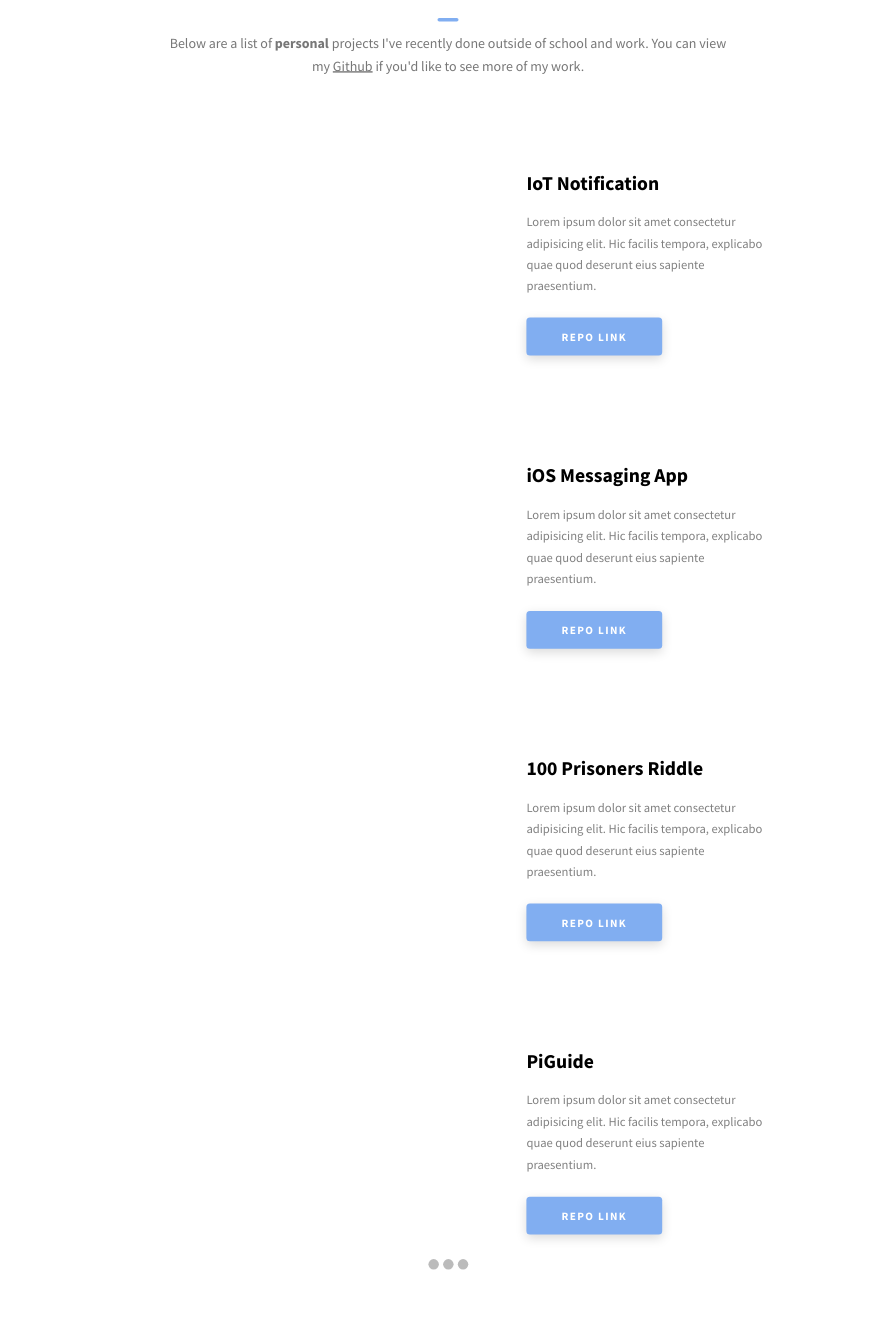
Repository: justinknguyen/Personal-Portfolio
Page: index.html
These files come from the project's save history. The page is drawn as it stood at one moment and after the next save; the edit follows.
The browser window is 1280 px wide. The pictures show the part of the page from y = 2174 to 4094 px (the page is 5687 px tall before and 5564 px after), at 70% of full size.
The style sheet was rebuilt from its Sass, Less or Tailwind sources for each picture, by a compiler version that may differ from the author's.

Above is the page before, as saved 2022-09-07 11:01:13.
Console error: TypeError: Cannot read properties of undefined (reading 'style')

After the next save:
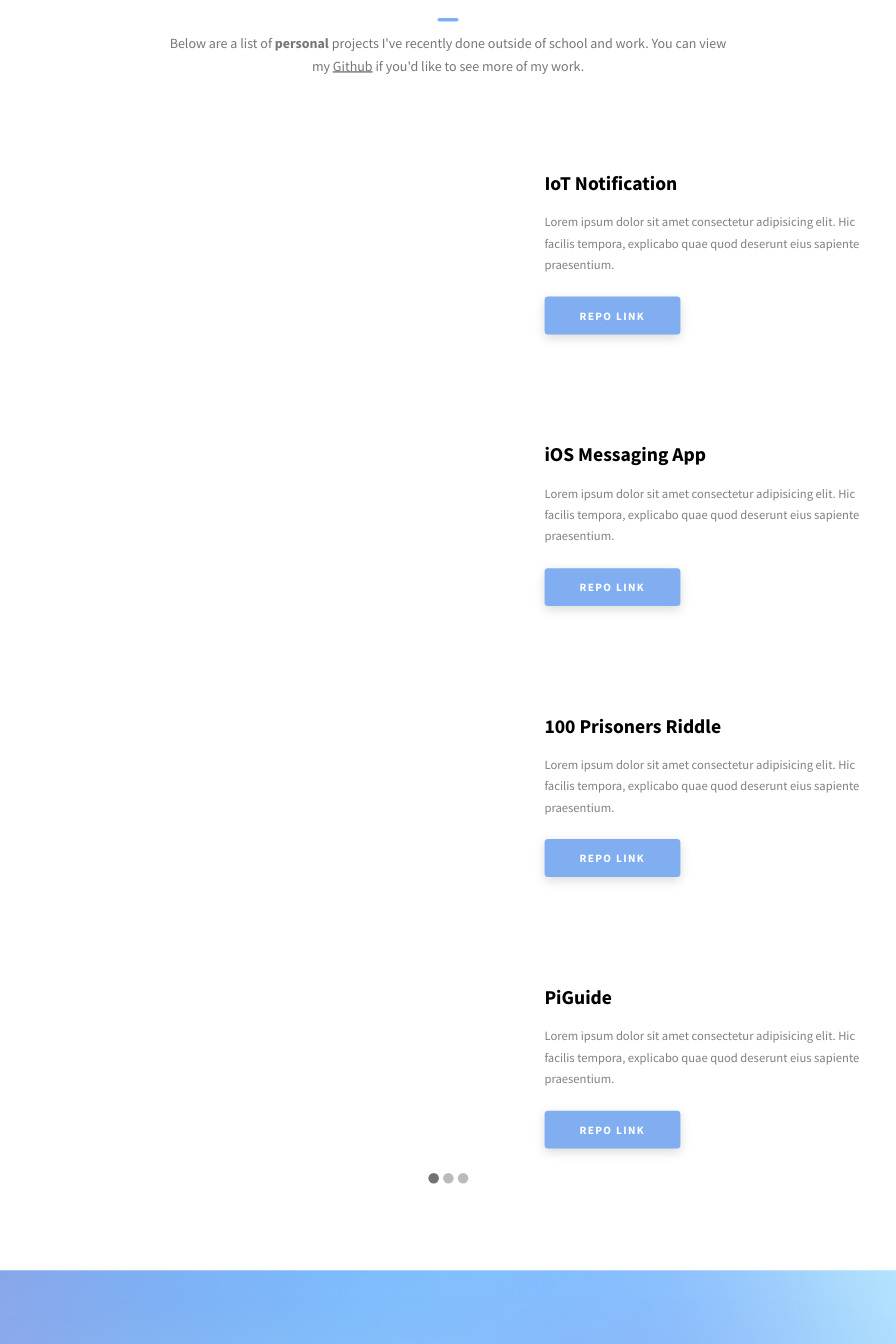
The error is gone.
Saved 2 min 33 s later.
--- a/index.html
+++ b/index.html
@@ -218,9 +218,9 @@
 
     <!-- **** Projects Section of Homepage **** -->
     <section id="projects" class="projects sec-pad">
-      <!-- Slideshow container -->
-      <div class="slideshow-container">
         <div class="main-container">
+          <div class="mySlides fade">
+            <div class="numbertext">1 / 2</div>
           <h2 class="heading heading-sec heading-sec__mb-bg">
             <span class="heading-sec__main">Projects</span>
             <span class="heading-sec__sub">
@@ -330,12 +330,12 @@
               </div>
             </div>
           </div>
-
-        </div>
-        <!-- Next and previous buttons -->
+          </div>
+          <!-- Next and previous buttons -->
         <a class="prev" onclick="plusSlides(-1)">&#10094;</a>
         <a class="next" onclick="plusSlides(1)">&#10095;</a>
-      </div>
+        </div>
+
       <br>
 
     <!-- The dots/circles -->
